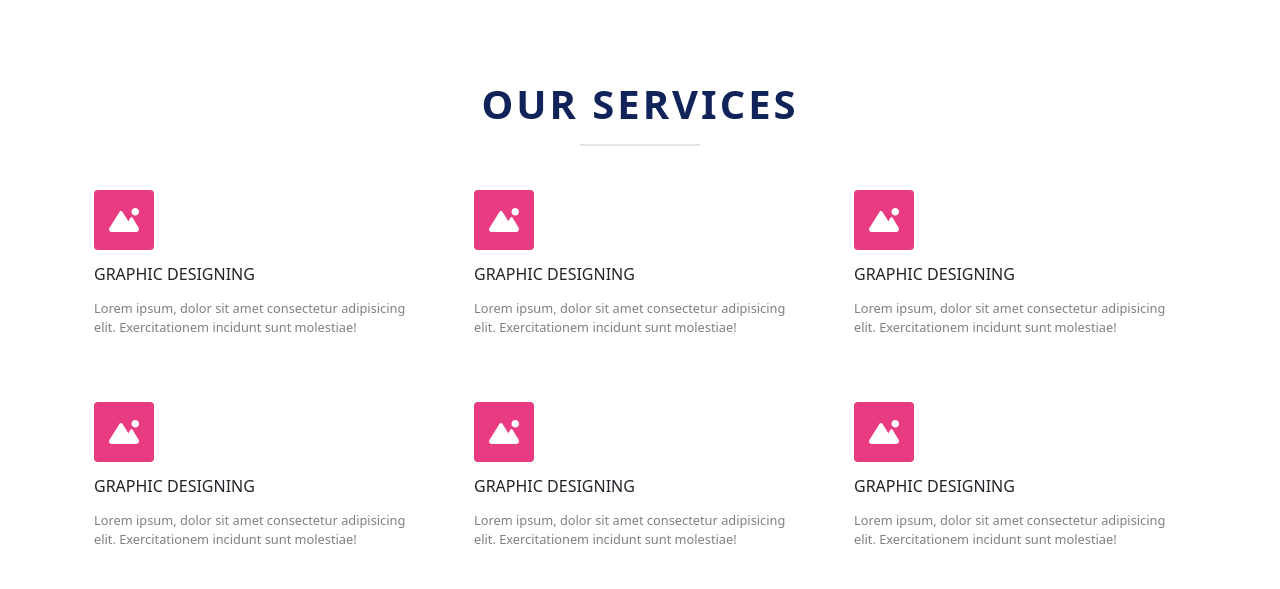
Repository: lhggiang/CaseStudy
Page: index.html
An editor plug-in stored every save of this project. The page is shown before and after the next save, followed by the edit.
The browser window is 1280 px wide. The pictures show the part of the page from y = 778 to 1377 px (the page is 1367 px tall before and 1377 px after).
Backgrounds fixed to the window are drawn as part of the page. Some web libraries are served in a nearby version. The style sheet was rebuilt from its Sass, Less or Tailwind sources for each picture, by a compiler version that may differ from the author's.

Above is the page before, as saved 2023-02-22 15:16:48.

After the next save:
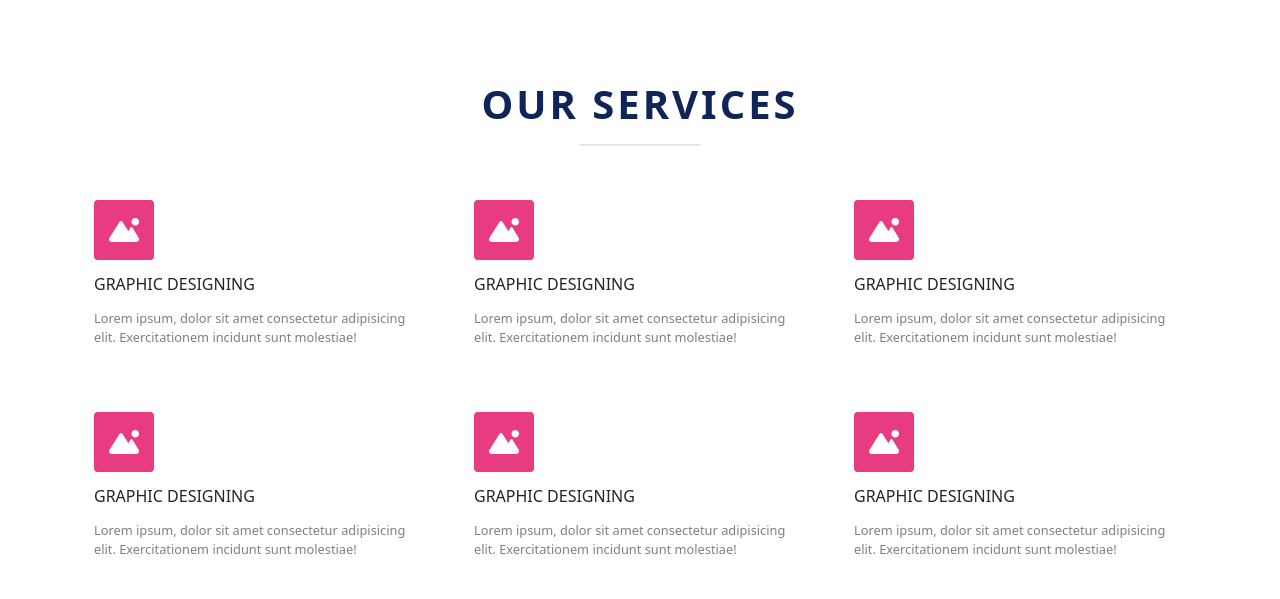
Saved 8 s later.
--- a/style.scss
+++ b/style.scss
@@ -99,6 +99,6 @@ $font-weight: 500;
     color: rgba(0, 0, 0, 0.5);
   }
   &__components {
-    margin-top: 20px;
+    margin-top: 30px;
   }
 }
